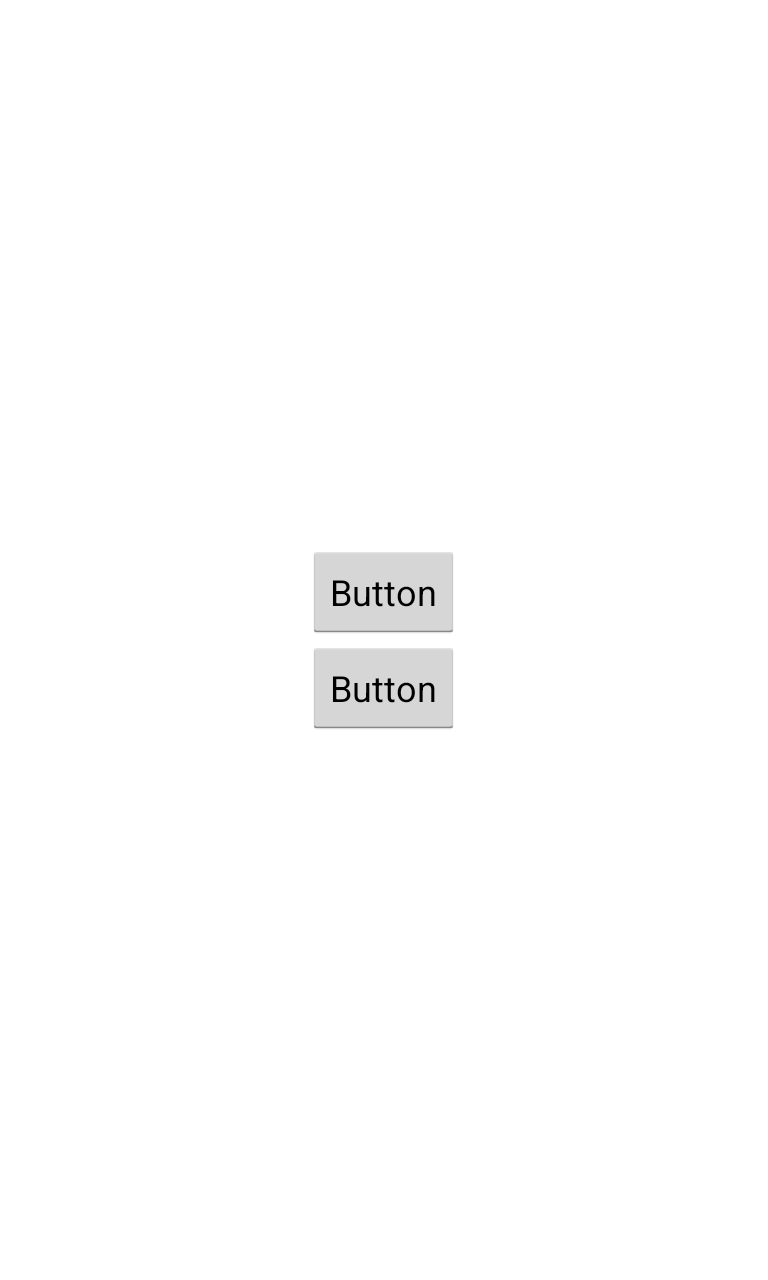
Repository: lcbasu/android
Layout: Example Projects/Code-Learn-Android-Example-master/CodeLearnListExample/res/layout/codelearn_list_home.xml
The author's editor kept a copy of each file at every save. The layout is drawn from the files as they stood at one save, then again after the next save.
It is drawn on a 768 x 1280 px phone screen (xhdpi) without system bars, with theme AppTheme; the app's code is not run.

Above is the layout before, as saved 2013-12-11 18:49:43.

After the next save:
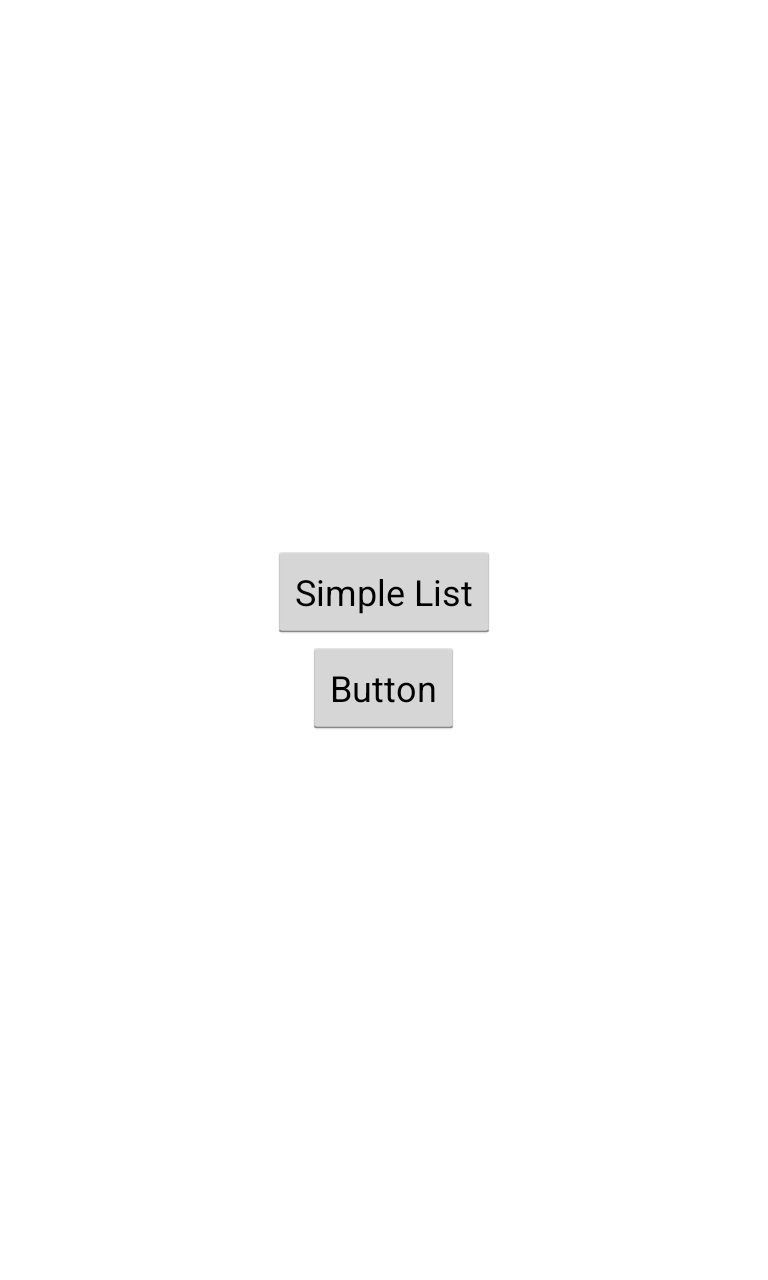
Saved 8 s later.
--- a/Example Projects/Code-Learn-Android-Example-master/CodeLearnListExample/res/layout/codelearn_list_home.xml
+++ b/Example Projects/Code-Learn-Android-Example-master/CodeLearnListExample/res/layout/codelearn_list_home.xml
@@ -9,7 +9,7 @@
         android:id="@+id/button1"
         android:layout_width="wrap_content"
         android:layout_height="wrap_content"
-        android:text="Button" />
+        android:text="Simple List" />
 
     <Button
         android:id="@+id/button2"
